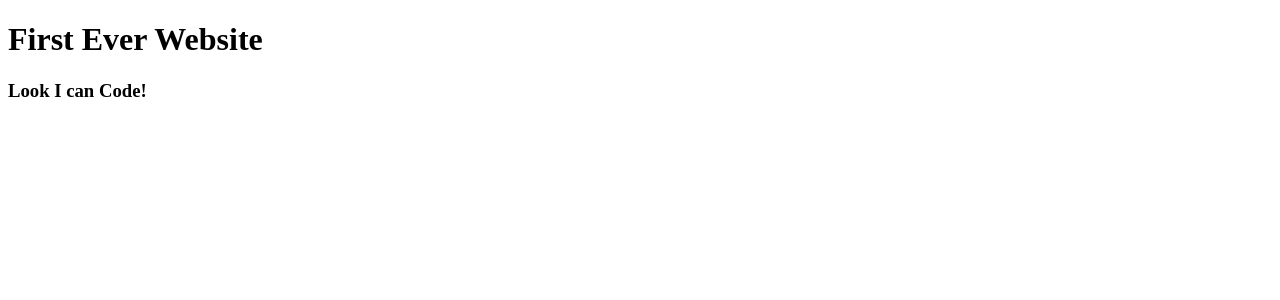
Repository: mohsinfarabi/first-website
Page: index.html
The author's editor kept a copy of each file at every save. The page is drawn from the files as they stood at one save, then again after the next save.
The browser window is 1280 px wide. The pictures show the whole page.

Above is the page before, as saved 2020-06-28 19:49:37.

### index.html
<!DOCTYPE html>
<html lang="en">

<head>
    <meta charset="UTF-8">
    <meta name="viewport" content="width=device-width, initial-scale=1.0">
    <title>My First Ever Website</title>
</head>

<body>
    <h1>First Ever Website</h1>
    <h3>Look I can Code!</h3>
</body>

</html>

After the next save:
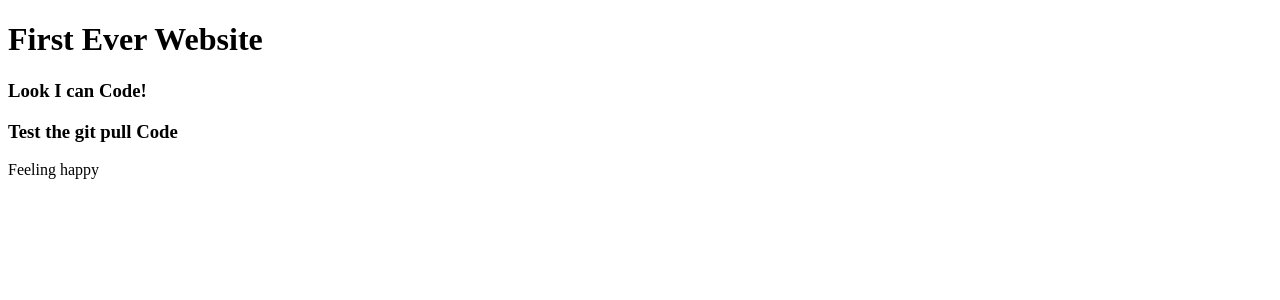
Saved 8 min 34 s later.
--- a/index.html
+++ b/index.html
@@ -10,6 +10,8 @@
 <body>
     <h1>First Ever Website</h1>
     <h3>Look I can Code!</h3>
+    <h3>Test the git pull Code</h3>
+    <p>Feeling happy</p>
 </body>
 
 </html>
